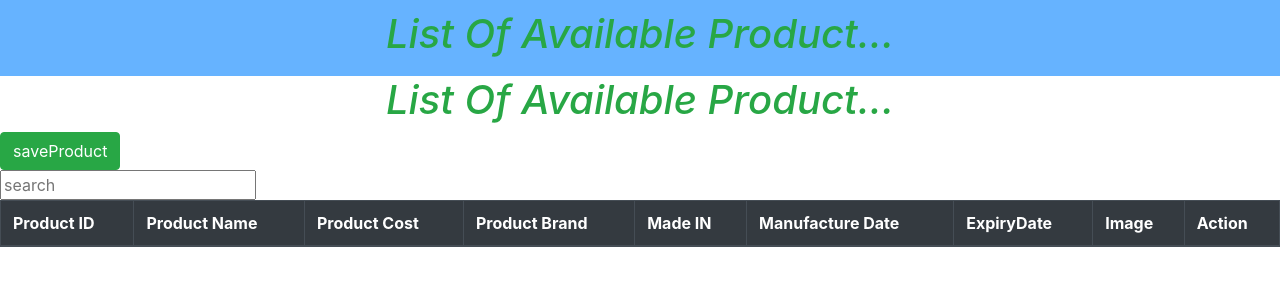
Repository: jrajesh111/Adv-java
Page: http://localhost/ProductAppproject/productList.jsp
An editor plug-in stored every save of this project. The page is shown before and after the next save, followed by the edit.
The browser window is 1280 px wide. The pictures show the whole page.
The page is served by Tomcat 9. Other server files are loaded and not shown. Queries for data that is not in the repository find no rows.

Above is the page before, as saved 2024-03-06 15:44:32.

### ProductAppproject/src/main/webapp/productList.jsp

<%@page import="com.sathya.servlet.ProductDao"
import="java.util.Base64"%>
<%@ page language="java" contentType="text/html" %>
<%@taglib uri="http://java.sun.com/jsp/jstl/core" prefix="c" %>
<html>
	<head>
	<title>Product List</title>
	<link rel="stylesheet"
		href="https://cdn.jsdelivr.net/npm/bootstrap@4.6.0/dist/css/bootstrap.min.css" rel="stylesheet" >
	</head>

	<body>
		<div style="background-color: #66b3ff; padding: 10px;">
   <h1 class="text-success text-center font-italic">List Of Available Product...</h1>
</div>
		<h1 class="text-success text-center font-italic">List Of Available Product...</h1>

		<div>
		<a href="add-product.html" class="btn btn-success"> saveProduct</a>
		</div>

		<div>
		<input type="text" placeholder="search">
		</div>

		<div>
		<c:if test="${saveResult==1}">
		<h1 class="text-success text-center"> Data Inserted Succesfully</h1>
		</c:if>
		</div>

		<div>
		<c:if test="${count==1}">
		<h1 class="text-danger text-center"> Data deleted succesfully</h1>
		</c:if>
		</div>

		<div>
		<c:if test="${count==0}">
		<h1 class="text-danger text-center"> Data deleted fail</h1>
		</c:if>
		</div>


		<table class="table table-bordered table-striped" >
		<thead class="thead-dark">
		<tr>
			<th>Product ID</th>
			<th>Product Name</th>
			<th>Product Cost</th>
			<th>Product Brand</th>
			<th>Made IN</th>
			<th>Manufacture Date</th>
			<th>ExpiryDate</th>
			<th>Image</th>
			<th>Action</th>

		</tr>
		</thead>

		<tbody>
		<c:forEach var="product" items="<%=new ProductDao().findAll()%>">
			<tr>
				<td>${product.proId}</td>
				<td>${product.proName}</td>
				<td>${product.proPrice}</td>
				<td>${product.proBrand}</td>
				<td>${product.proMadeIn}</td>
				<td>${product.proMfgDate}</td>
				<td>${product.proExpDate}</td>
				<td>
            <img src="data:[embedded picture, 78 characters]" alt="Product Image" style="max-width: 100px; max-height: 100px;">
        </td>

        <td>
        <a class="btn btn-primary" href="./DeleteProductServlet?proId=${product.proId }">Delete</a>
        </td>

			</tr>
		</c:forEach>

		</tbody>
		</table>
	</body>
</html>

### ProductAppproject/src/main/java/com/sathya/servlet/ProductDao.java
package com.sathya.servlet;


import java.sql.Connection;
import java.sql.PreparedStatement;
import java.sql.ResultSet;
import java.sql.SQLException;
import java.sql.Statement;
import java.util.ArrayList;
import java.util.List;



public class ProductDao
{


	public int save(Product product)
	{
		Connection c =null;
		PreparedStatement preparedStatement=null;

		int saveResult = 0;
		try {
			c=ProductConnection.proCon();
			preparedStatement = c.prepareStatement("insert into product_data values(?,?,?,?,?,?,?,?)");

			preparedStatement.setString(1, product.getProId());
			preparedStatement.setString(2, product.getProName());
			preparedStatement.setDouble(3, product.getProPrice());
			preparedStatement.setString(4,product.getProBrand());
			preparedStatement.setString(5, product.getProMadeIn());
			preparedStatement.setDate(6, product.getProMfgDate());
			preparedStatement.setDate(7, product.getProExpDate());
			preparedStatement.setBytes(8, product.getProImage());

			saveResult= preparedStatement.executeUpdate();

		}
		catch (SQLException s)
		{

			s.printStackTrace();
		}

		finally
		{
			try {
				if(c!=null && preparedStatement!=null) {
				c.close();
				preparedStatement.close();
				}
			}catch (SQLException s)
			{
				s.printStackTrace();
			}
		}

		return saveResult;
	}

	public List<Product> findAll()
	{
		List<Product> pro=new ArrayList<Product>();

		try(Connection connection=ProductConnection.proCon();
				Statement statement= connection.createStatement())
		{
			ResultSet resultSet=statement.executeQuery("select * from product_data");
			while(resultSet.next())
			{
				Product product=new Product();

				product.setProId(resultSet.getString("proId"));
				product.setProName(resultSet.getString("proName"));
				product.setProPrice(resultSet.getDouble("proPrice"));
				product.setProBrand(resultSet.getString("proBrand"));
				product.setProMadeIn(resultSet.getString("proMadeIn"));
				product.setProMfgDate(resultSet.getDate("proMfgDate"));
				product.setProExpDate(resultSet.getDate("proExpDate"));

				product.setProImage(resultSet.getBytes("proImage"));

				pro.add(product);
			}
		}
		catch(SQLException s) {
			s.printStackTrace();
		}
		return pro;
	}

	public int deleteById(String proId)
	{
		int count=0;
			//get the connection
			try(Connection connection =ProductConnection.proCon();
					PreparedStatement preparedStatement =connection.prepareStatement("delete from product_data where proId=?"))
			{
				preparedStatement.setString(1, proId);
				count = preparedStatement.executeUpdate();
			}
			catch (SQLException s) {
				s.printStackTrace();
			}
			return count;
	}


}

### ProductAppproject/src/main/java/com/sathya/servlet/ProductConnection.java
package com.sathya.servlet;

import java.sql.Connection;
import java.sql.DriverManager;
import java.sql.SQLException;

public class ProductConnection
{
	public static Connection proCon()
	{

		Connection connection=null;
		try {
			Class.forName("oracle.jdbc.driver.OracleDriver");
			connection = DriverManager.getConnection("jdbc:oracle:thin:@LocalHost:1521:xe","rajesh","rajesh");
		}
		catch (ClassNotFoundException |SQLException e)
		{
			e.printStackTrace();
		}
		return connection;
	}
}

After the next save:
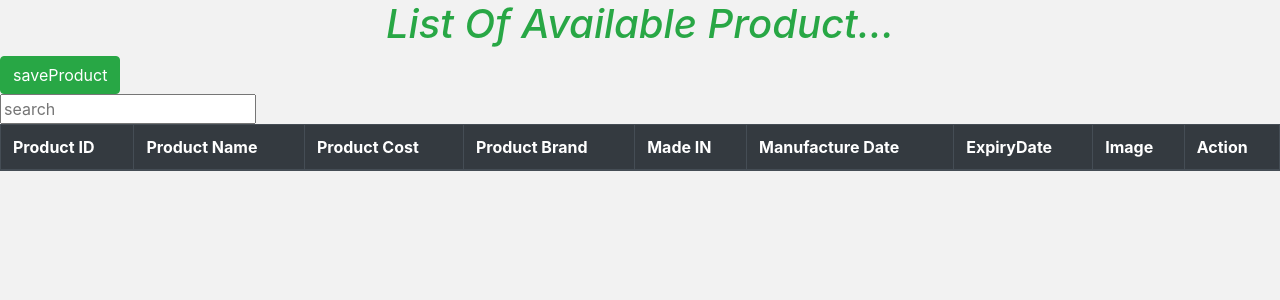
Saved 67 s later.
--- a/ProductAppproject/src/main/webapp/productList.jsp
+++ b/ProductAppproject/src/main/webapp/productList.jsp
@@ -10,10 +10,8 @@ import="java.util.Base64"%>
 		href="https://cdn.jsdelivr.net/npm/bootstrap@4.6.0/dist/css/bootstrap.min.css" rel="stylesheet" >
 	</head>
 
-	<body>
-		<div style="background-color: #66b3ff; padding: 10px;">
-   <h1 class="text-success text-center font-italic">List Of Available Product...</h1>
-</div>
+	<body style="background-color: #f2f2f2;">
+
 		<h1 class="text-success text-center font-italic">List Of Available Product...</h1>
 
 		<div>
